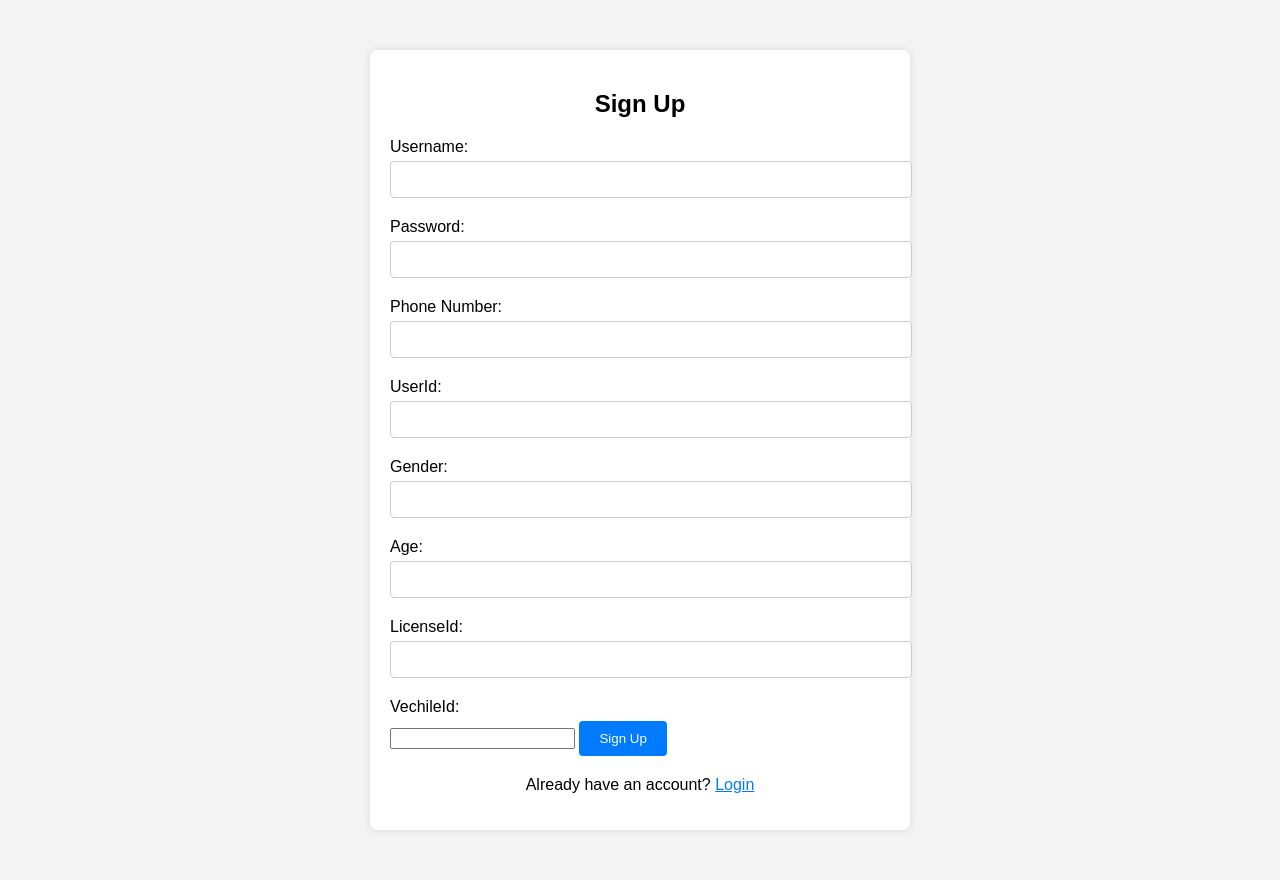
Repository: suryavishakan/parking_management
Page: http://localhost/signup
These files come from the project's save history. The page is drawn as it stood at one moment and after the next save; the edit follows.
The browser window is 1280 px wide. The pictures show the whole page.
The page is served by the project's application, run on Flask 3 (app.py).

Above is the page before, as saved 2024-04-20 13:50:44.

### templates/signup.html
<!-- signup.html -->

<!DOCTYPE html>
<html lang="en">
<head>
    <meta charset="UTF-8">
    <meta name="viewport" content="width=device-width, initial-scale=1.0">
    <title>Sign Up</title>
    <style>
        body {
            font-family: Arial, sans-serif;
            margin: 0;
            padding: 0;
            background-color: #f4f4f4;
        }
        .container {
            width: 100%;
            max-width: 500px;
            margin: 50px auto;
            padding: 20px;
            background-color: #fff;
            border-radius: 8px;
            box-shadow: 0 0 10px rgba(0, 0, 0, 0.1);
        }
        h2 {
            text-align: center;
            margin-bottom: 20px;
        }
        form {
            margin-bottom: 20px;
        }
        label {
            display: block;
            margin-bottom: 5px;
        }
        input[type="text"],
        input[type="password"],
        input[type="phoneNumber"] {
            width: 100%;
            padding: 10px;
            margin-bottom: 20px;
            border: 1px solid #ccc;
            border-radius: 4px;
        }
        button[type="submit"] {
            background-color: #007bff;
            color: #fff;
            border: none;
            padding: 10px 20px;
            border-radius: 4px;
            cursor: pointer;
        }
        button[type="submit"]:hover {
            background-color: #0056b3;
        }
        p {
            text-align: center;
        }
        a {
            color: #007bff;
        }
    </style>
</head>
<body>
    <div class="container">
        <h2>Sign Up</h2>
        {% with messages = get_flashed_messages() %}
            {% if messages %}
                <ul>
                    {% for message in messages %}
                        <li>{{ message }}</li>
                    {% endfor %}
                </ul>
            {% endif %}
        {% endwith %}
        <form action="{{ url_for('signup') }}" method="POST">
            <label for="username">Username:</label>
            <input type="text" id="username" name="username" required>
            <label for="password">Password:</label>
            <input type="password" id="password" name="password" required>
            <label for="phoneNumber">Phone Number:</label>
            <input type="phoneNumber" id="phoneNumber" name="phoneNumber" required>
            <label for="userId">UserId:</label>
            <input type="text" id="userId" name="userId" required>
            <label for="gender">Gender:</label>
            <input type="text" id="gender" name="gender" required>
            <label for="age">Age:</label>
            <input type="text" id="age" name="age" required>
            <label for="licenseId">LicenseId:</label>
            <input type="text" id="licenseId" name="licenseId" required>

            <label for="vechileId">VechileId:</label>
            <input type="vechileId" id="vechileId" name="vechileId" required>
            <button type="submit">Sign Up</button>
        </form>
        <p>Already have an account? <a href="{{ url_for('login') }}">Login</a></p>
    </div>
</body>
</html>

### app.py
from flask import Flask, Response, request, render_template, jsonify, redirect, url_for, request, flash, session
import pymongo
import secrets
import json
from bson.objectid import ObjectId
from bson.json_util import dumps
from functools import wraps

app=Flask(__name__ , template_folder='templates')
app.secret_key = secrets.token_hex(32)

try:
    mongo = pymongo.MongoClient(
        host = 'localhost',
        port = 27017,
        serverSelectionTimeoutMS = 1000
    )
    db = mongo.ParkingManagementSystemDb #connect to mongodb1
    users_collection = db.admin
    user_collection = db["customer"]
    #cart_collection = db["cart"]
    mongo.server_info() #trigger exception if cannot connect to db
except:
    print("Error connecting to MongoDB")

@app.route('/get/admin', methods=['GET'])
def displayall():
  try:
    documents = db.admin.find()
    output = [{item: data[item] for item in data if item != '_id'} for data in documents]
    return jsonify(output)
  except Exception as ex:
    response = Response("Search Records Error!!",status=500,mimetype='application/json')
    return response

# Route for signup page
@app.route('/signup', methods=['GET', 'POST'])
def signup():
    if request.method == 'POST':
        # Get form data
        username = request.form['username']
        password = request.form['password']

        # Check if username already exists
        if user_collection.find_one({'username': username}):
            flash('Username already exists. Please choose a different one.', 'error')
            return redirect(url_for('signup'))

        # Insert user data into database
        user_data = {'username': username, 'password': password}
        user_collection.insert_one(user_data)

        flash('Signup successful. You can now login.', 'success')
        return redirect(url_for('login'))

    return render_template('signup.html')

# Route to get an employee by name
@app.route('/get/user/<user_name>', methods=['GET'])
def get_user_by_name(user_name):
    try:
        # Using a case-insensitive query to match employee name
        document = db.user.find_one({"user_name": {"$regex": f'^{user_name}$', "$options": 'i'}})

        if document:
            # Exclude _id field from the response
            output = {item: document[item] for item in document if item != '_id'}
            return jsonify(output)
        else:
            return Response("USER not found", status=404, mimetype='application/json')

    except Exception as ex:
        app.logger.error(f"Error retrieving user by name: {ex}")
        return Response("Internal Server Error", status=500, mimetype='application/json')

# Route to get all employees
@app.route('/get/allusers', methods=['GET'])
def get_all_users():
    try:
        # Fetch all documents from the 'employee' collection
        documents = db.user.find()

        # Format the response excluding the _id field
        output = [{item: data[item] for item in data if item != '_id'} for data in documents]

        return jsonify(output)

    except Exception as ex:
        app.logger.error(f"Error retrieving all employees: {ex}")
        return Response("Internal Server Error", status=500, mimetype='application/json')

# Route to update employee details by name
@app.route('/update/user/<user_name>', methods=['PUT'])
def update_user_by_name(user_name):
    try:
        # Using a case-insensitive query to match employee name
        result = db.user.update_one(
            {"employee_name": {"$regex": f'^{user_name}$', "$options": 'i'}},
            {"$set": request.get_json()}
        )

        if result.modified_count > 0:
            return Response("User details updated successfully", status=200, mimetype='application/json')
        else:
            return Response("User not found", status=404, mimetype='application/json')

    except Exception as ex:
        app.logger.error(f"Error updating User details by name: {ex}")
        return Response("Internal Server Error", status=500, mimetype='application/json')

@app.route('/')
def homePage():
    try:
        # Fetch all products from the database
        products_cursor = db.product.find()

        # Convert the cursor to a list of dictionaries
        products = list(products_cursor)

        return render_template('homePage.html', products=products)
    except Exception as ex:
        app.logger.error(f"Error fetching products: {ex}")
        flash('Error fetching products', 'error')
        return render_template('homePage.html', products=[])

# Flask route to render the profile page
@app.route('/profile')
def profile():
    try:
        # Assuming you have a collection named 'users' in your MongoDB
        # Fetch user details from the 'users' collection
        user = db.user.find_one({'username': session['username']})

        if user:
            # Render the profile template with the user details
            return render_template('profile.html', user=user)
        else:
            flash('User details not found', 'error')
            return redirect(url_for('login'))
    except Exception as ex:
        app.logger.error(f"Error fetching user details: {ex}")
        flash('Error fetching user details', 'error')
        return redirect(url_for('login'))

@app.route('/select_user_type', methods=['POST'])
def select_user_type():
    user_type = request.form.get('userType')

    if user_type == 'admin':
        return redirect(url_for('login'))
    elif user_type == 'user':
        return redirect(url_for('login'))
    else:
        flash('Invalid user type selected', 'error')
        return redirect(url_for('index'))

# Update the Flask route for handling login
@app.route('/login', methods=['GET', 'POST'])
def login():
    if request.method == 'POST':
        username = request.form.get('username')
        password = request.form.get('password')

        # Query MongoDB for admin details
        admin_user = users_collection.find_one({'username': username, 'password': password})

        if admin_user:
            # Store admin credentials in the session
            session['username'] = username
            session['password'] = password

            return redirect(url_for('admin_panel'))
        else:
            # Query MongoDB for user details
            user_user = db.user.find_one({'username': username, 'password': password})

            if user_user:
                # Store user credentials in the session
                session['username'] = username
                session['password'] = password

                return redirect(url_for('user_details'))
            else:
                flash('Invalid username or password', 'error')

    return render_template('login.html')


# New route for employee details
@app.route('/user_details')
def user_details():
    # Check if user is authenticated as an employee
    try:
    # if 'username' in session and 'password' in session == 'employee':
        # Fetch employee details based on the stored credentials
        user = db.user.find_one({'username': session['username'], 'password': session['password']})

        if user:
            return render_template('user_details.html', user=user)
        else:
            flash('Unauthorized access', 'error')
            return redirect(url_for('login'))

    except Exception as ex:
        app.logger.error(f"Error fetching user data: {ex}")
        flash(f'Error fetching user data: {ex}', 'error')

    return render_template('user_details.html', user={})

# Route to render the update employee page
@app.route('/update_user/<user_name>', methods=['GET', 'POST'])
def update_user_page(user_name):
    try:
        # Fetch the employee details from the database using the employee name
        user = db.user.find_one({"user_name": {"$regex": f'^{user_name}$', "$options": 'i'}})

        if user:
            # Render the update employee page with the employee details
            return render_template('update_user.html', user=user)
        else:
            return Response("User not found", status=404, mimetype='application/json')

    except Exception as ex:
        app.logger.error(f"Error rendering update_user page: {ex}")
        return Response("Internal Server Error", status=500, mimetype='application/json')

# Route to handle the form submission for updating employee details
@app.route('/submit_update_user/<user_name>', methods=['POST'])
def submit_update_user(user_name):
    try:
        # Use the employee name parameter to identify the employee being updated
        user_name = user_name

        # Update the employee details in the database using request.form.to_dict()
        updated_user_data = request.form.to_dict()

        # Assuming you have a 'employee' collection in your MongoDB
        result = db.user.update_one(
            {"user_name": {"$regex": f'^{user_name}$', "$options": 'i'}},
            {"$set": request.form.to_dict()}
        )

        if result.modified_count > 0:
            flash('user details updated successfully', 'success')
        else:
            flash('user not found', 'error')

    except Exception as ex:
        app.logger.error(f"Error updating user details: {ex}")
        flash('Error updating user details', 'error')

    # Redirect to the admin page after the update
    return redirect(url_for('admin'))

# Route for admin panel
@app.route('/admin', methods=['GET', 'POST'])
def admin_panel():
    if 'username' in session and 'password' in session:
        # Check if the user is an admin
        admin_user = users_collection.find_one({'username': session['username'], 'password': session['password']})
        if admin_user:
            # Render the admin panel page
            return render_template('admin.html')

    # If user is not authenticated or not an admin, redirect to login page
    flash('Unauthorized access', 'error')
    return redirect(url_for('login'))


if __name__ == '__main__':
    app.run(port=5000, debug=True)

After the next save:
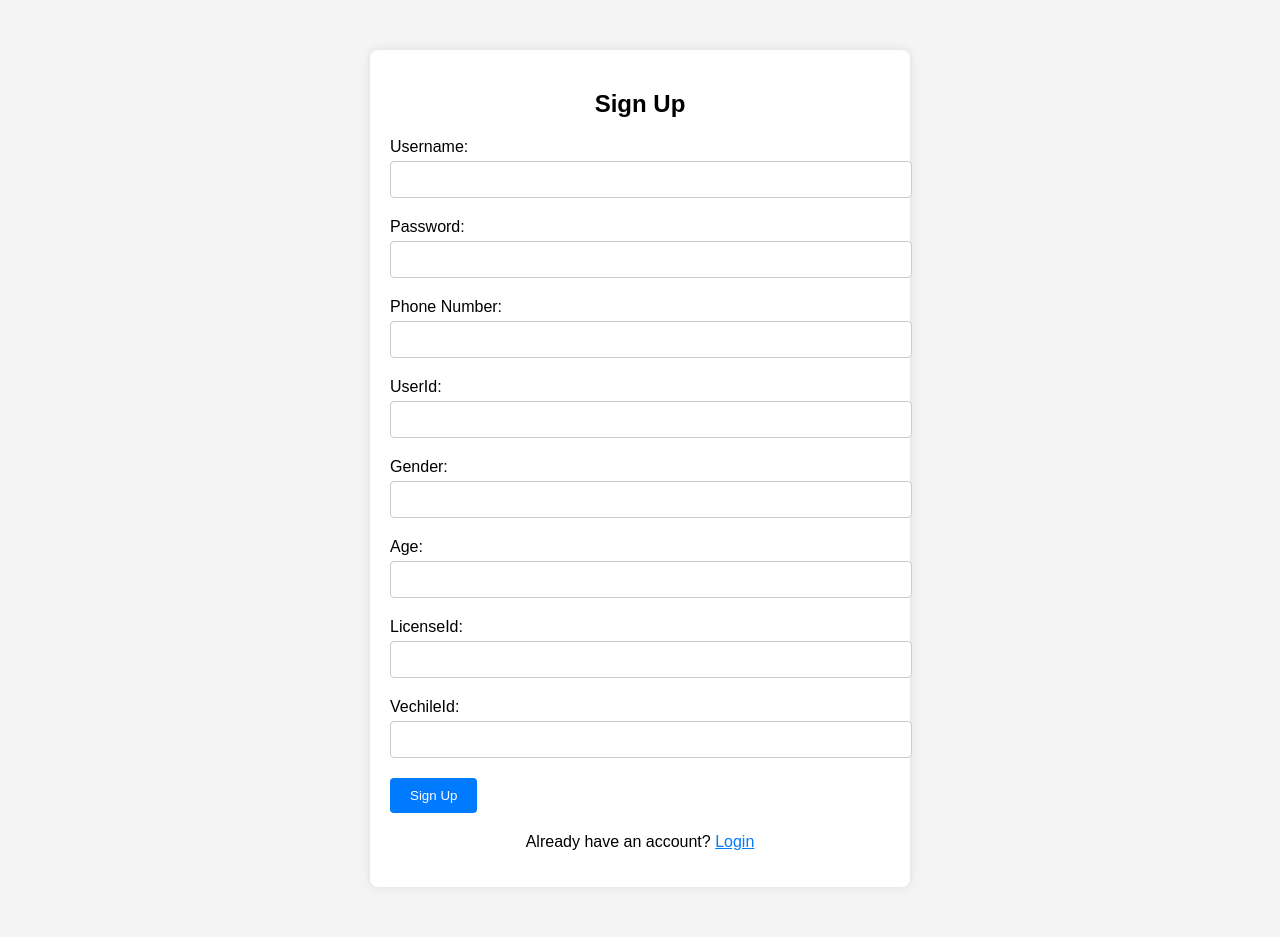
Saved 6 s later.
--- a/templates/signup.html
+++ b/templates/signup.html
@@ -90,7 +90,7 @@
             <input type="text" id="licenseId" name="licenseId" required>
 
             <label for="vechileId">VechileId:</label>
-            <input type="vechileId" id="vechileId" name="vechileId" required>
+            <input type="text" id="vechileId" name="vechileId" required>
             <button type="submit">Sign Up</button>
         </form>
         <p>Already have an account? <a href="{{ url_for('login') }}">Login</a></p>
